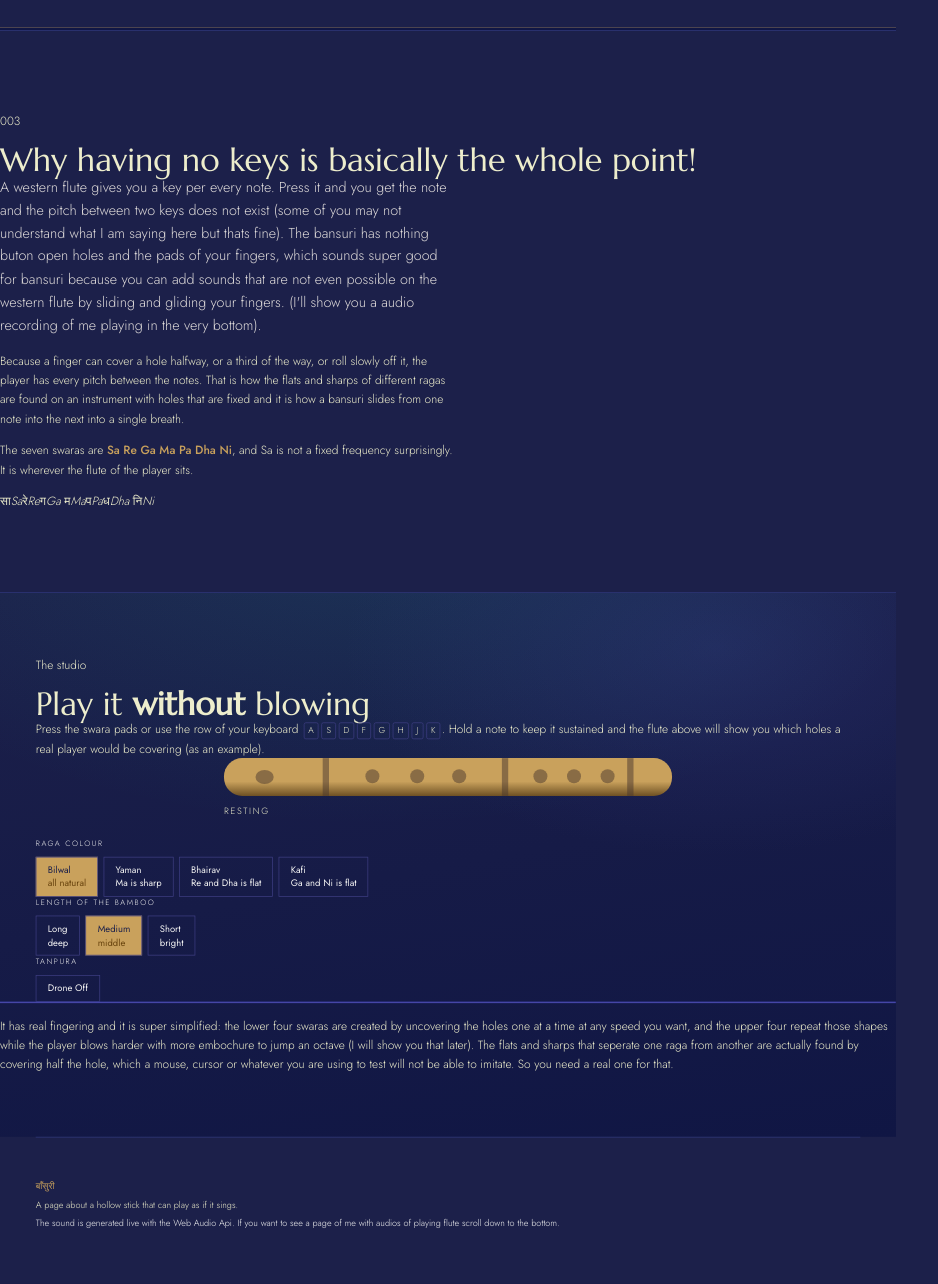
Repository: manayparikh1/Bansi
Page: index.html
An editor plug-in stored every save of this project. The page is shown before and after the next save, followed by the edit.
The browser window is 1280 px wide. The page is 1340 px wide, so the pictures cover 1340 px, including what lies to the right of the window. The pictures show the part of the page from y = 4200 to 6040 px (the page is 6034 px tall before and 6040 px after), at 70% of full size.

Above is the page before, as saved 2026-09-22 14:27:58.

After the next save:
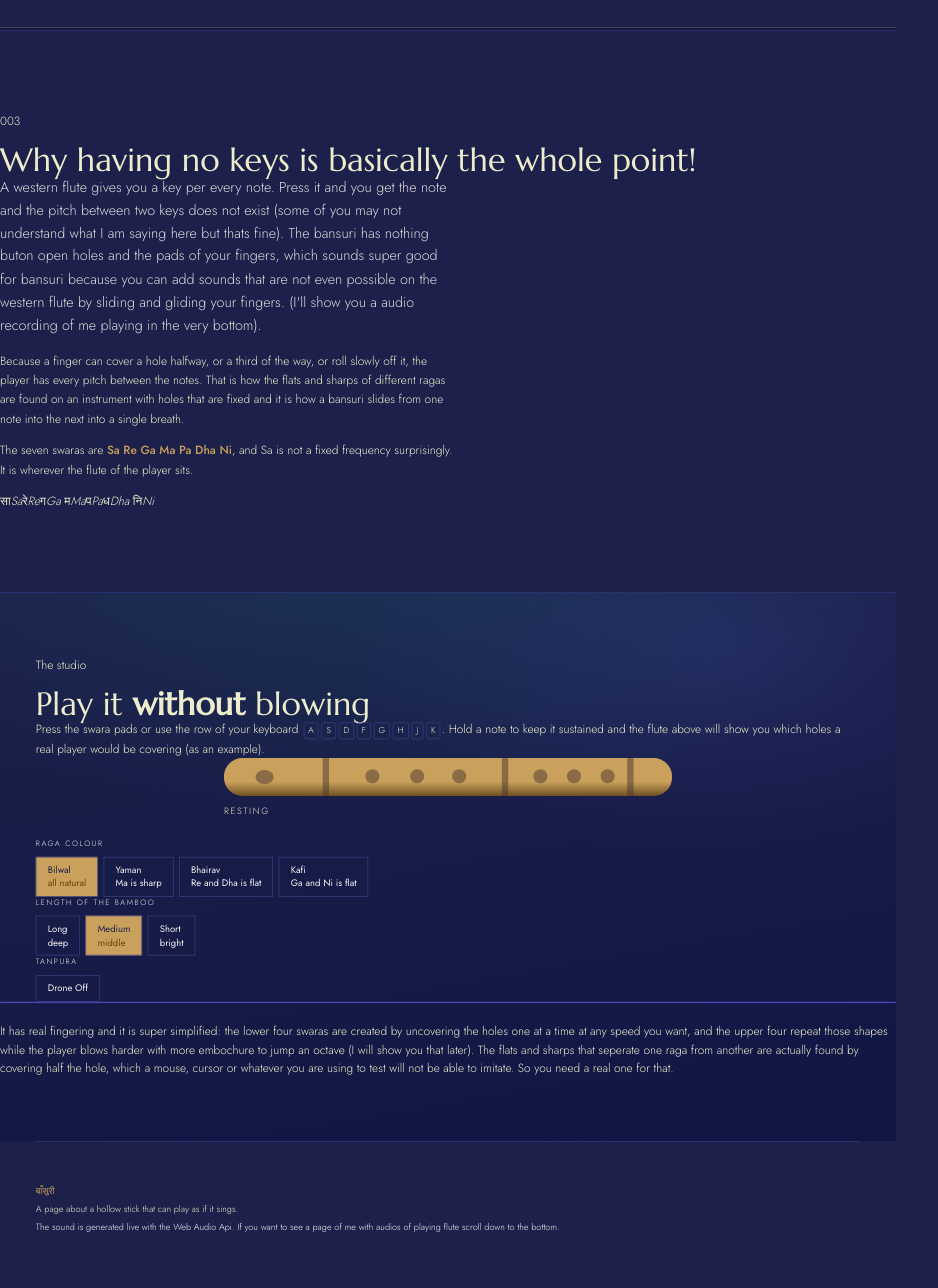
Saved 3 min 47 s later.
--- a/style.css
+++ b/style.css
@@ -581,7 +581,7 @@ kbd {
     transition: transform 0.006s, background 0.06s;
     touch-action: none;
     user-select: none;
-    margin-bottom: 20px;
+    margin-bottom: 26px;
 }
 
 .thepads b {
@@ -592,6 +592,7 @@ kbd {
 
 .thepads kbd {
     margin-top: 10px;
+    display: inline-block;
 }
 
 .thepads span {
